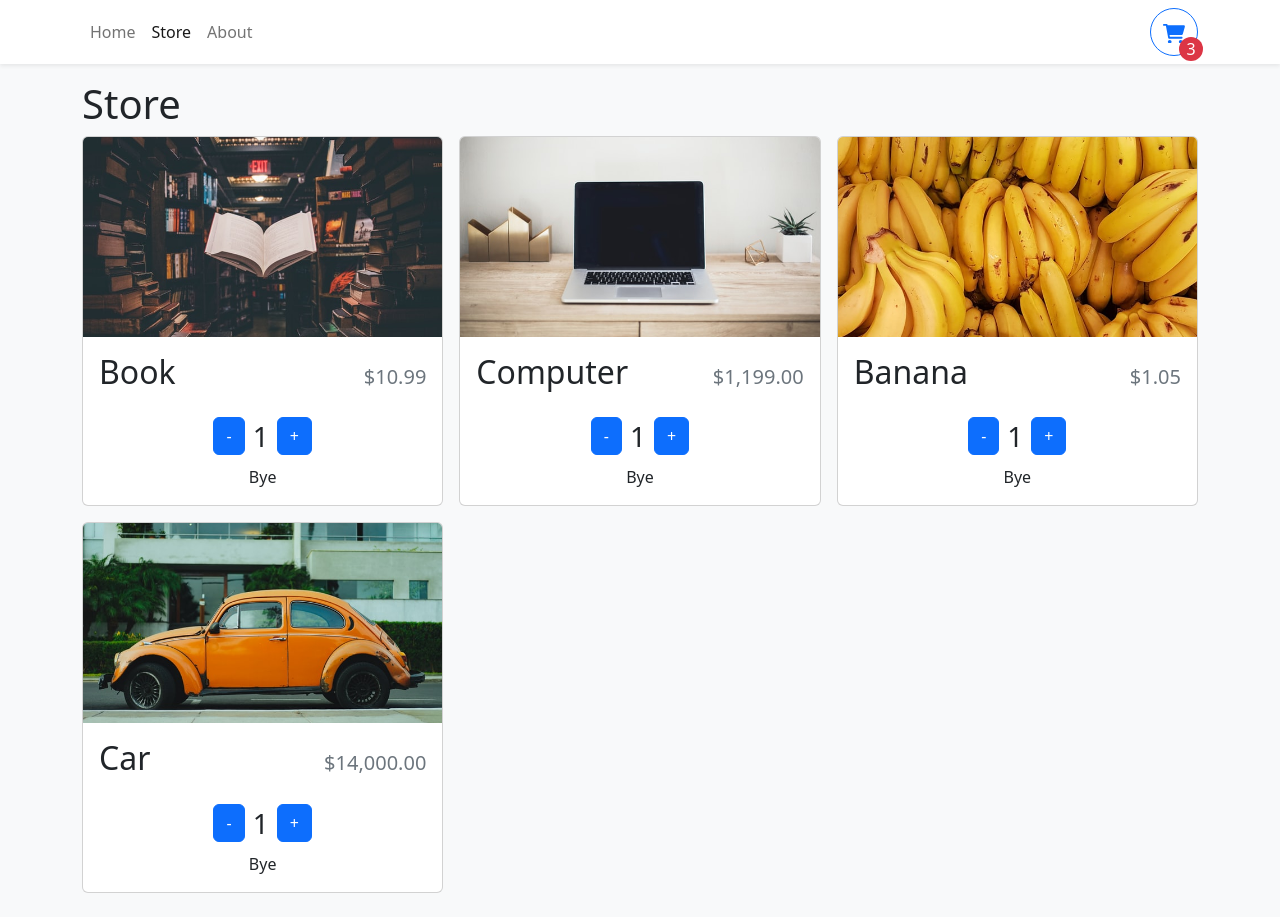
Repository: MoNasr2022/shopping-cart
Page: /store
These files come from the project's save history. The page is drawn as it stood at one moment and after the next save; the edit follows.
The browser window is 1280 px wide. The pictures show the whole page.
The project was rebuilt for these pictures with package versions that can differ from the ones it lists, and the page was loaded fresh each time. Also part of the build but not shown: vite.config.ts, src/pages/Home.tsx, src/pages/About.tsx.

Above is the page before, as saved 2023-04-17 23:02:42.

After the next save:
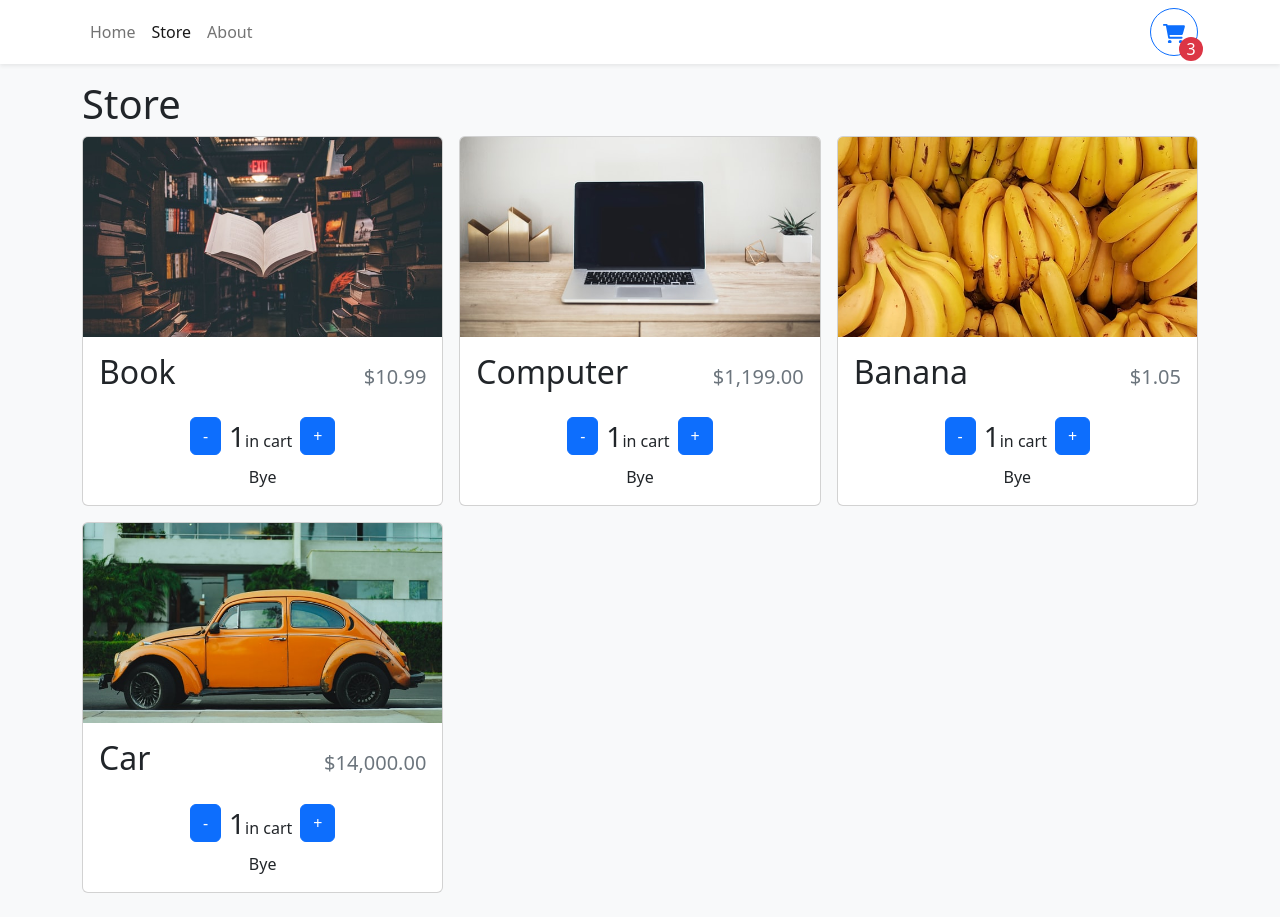
Saved 5 s later.
--- a/src/components/StoreItems.tsx
+++ b/src/components/StoreItems.tsx
@@ -35,13 +35,13 @@ function StoreItems({ id, name, price, imgUrl }: StoreItemsProps) {
                 className="d-flex justify-content-center align-items-center"
                 style={{ gap: ".5rem" }}
               >
-                  <Button>-</Button>
-                  <div>
-                <span className="fs-3">{quantity}</span>
-                  </div>
+                <Button>-</Button>
+                <div>
+                  <span className="fs-3">{quantity}</span>in cart
+                </div>
                 <Button>+</Button>
-                </div>
-                Bye
+              </div>
+              Bye
             </div>
           )}
         </div>
